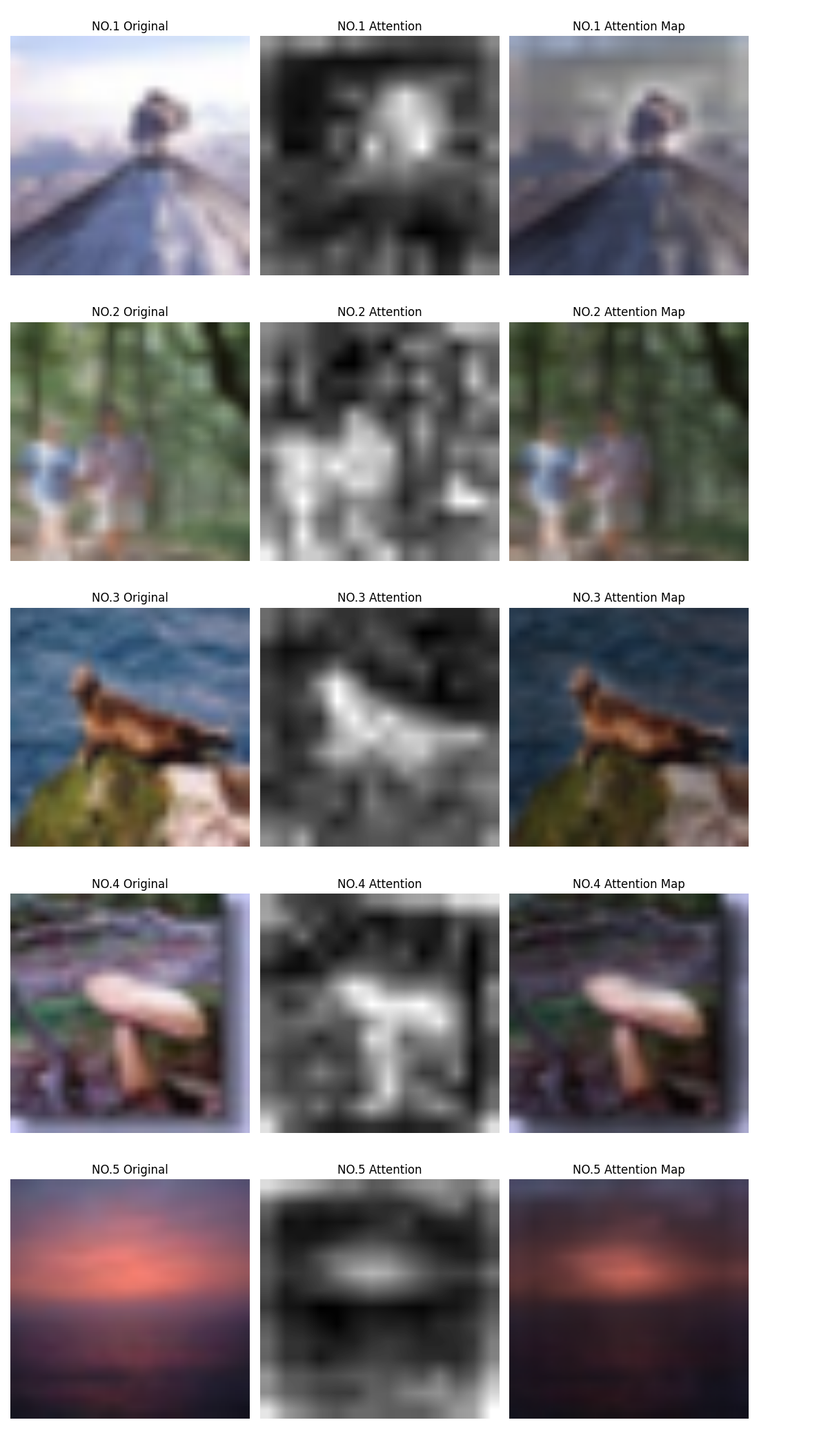
Repository: ginnux/vit
Script's output: python figure/visual.py
These files come from the project's save history. The script's output is drawn as it stood at one moment and after the next save; the edit follows.
The pictures are shown at 69% of full size.
Random numbers start from a fixed seed. It also reads figure/visualize.pkl.

Above is the script's output before, as saved 2024-06-24 22:35:41.

### figure/visual.py
import pickle
import numpy as np
import matplotlib.pyplot as plt

# Load data
with open("figure/visualize.pkl", "rb") as f:
    data = pickle.load(f)

# Plot
im_list, mask_list, result_list = data

plt.rcParams["font.size"] = 10
plt.rcParams["font.family"] = "Times New Roman"
num = len(im_list)

plt.figure(figsize=(11, 4.2 * num))

for i in range(num):
    im = im_list[i]
    mask = mask_list[i]
    result = result_list[i]

    plt.subplot(num, 3, 3 * i + 1)
    plt.axis("off")
    plt.title(f"NO.{i+1} Original")
    plt.imshow(im)

    plt.subplot(num, 3, 3 * i + 2)
    plt.axis("off")
    plt.title(f"NO.{i+1} Attention")
    plt.imshow(mask, cmap="gray")

    plt.subplot(num, 3, 3 * i + 3)
    plt.axis("off")
    plt.title(f"NO.{i+1} Attention Map")
    plt.imshow(result)

plt.tight_layout()
plt.show()

After the next save:
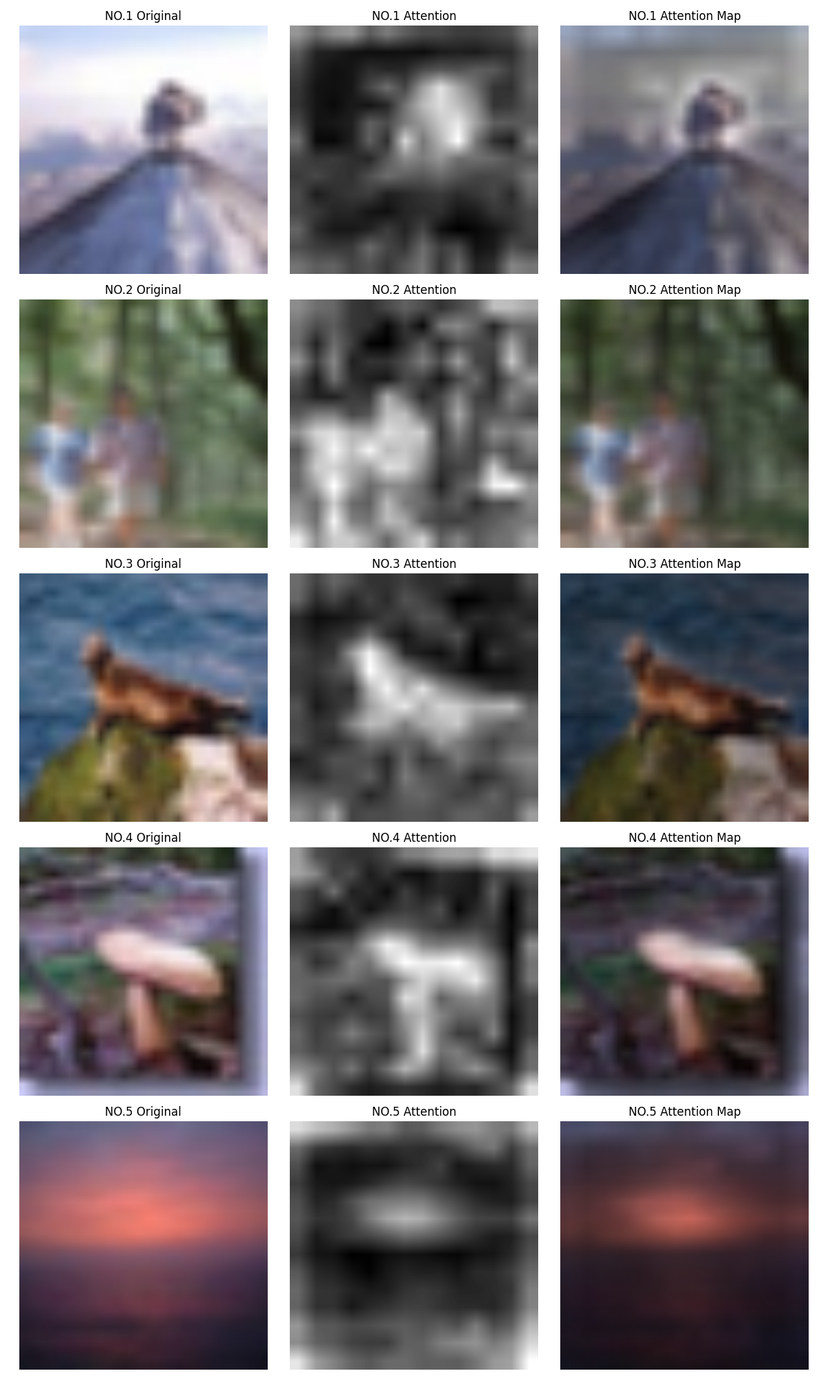
Saved 7 s later.
--- a/figure/visual.py
+++ b/figure/visual.py
@@ -13,7 +13,7 @@ plt.rcParams["font.size"] = 10
 plt.rcParams["font.family"] = "Times New Roman"
 num = len(im_list)
 
-plt.figure(figsize=(11, 4.2 * num))
+plt.figure(figsize=(12, 4 * num))
 
 for i in range(num):
     im = im_list[i]
